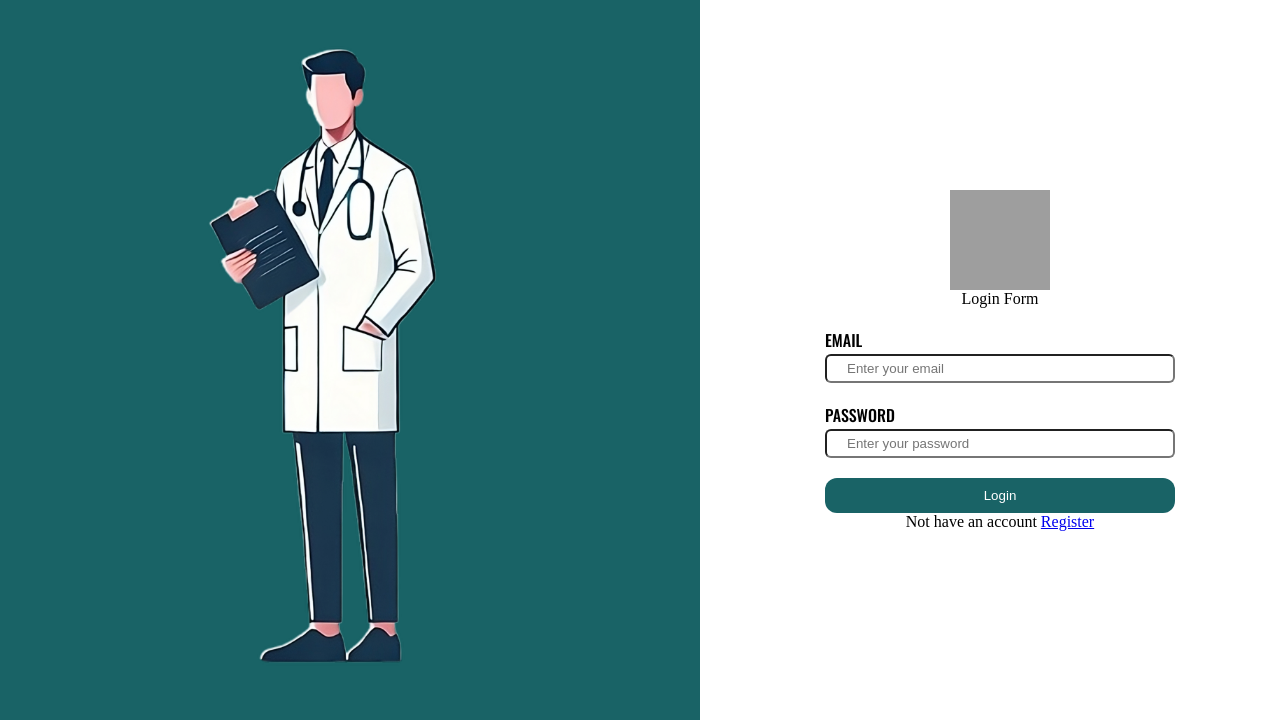
Repository: AriaFantom/Minor-Project
Page: http://localhost/Project/login.jsp
These files come from the project's save history. The page is drawn as it stood at one moment and after a run of saves; the edit follows.
The browser window is 1280 px wide. The pictures show the whole page.
Pictures or frames that could not be fetched are drawn as grey boxes. Some web fonts or font styles are not loaded; a fallback is used. The page is served by Tomcat 10. Other server files are loaded and not shown.

Above is the page before, as saved 2025-01-14 19:02:52.

### Project/src/main/webapp/login.jsp
<%@ page language="java" contentType="text/html; charset=UTF-8"
    pageEncoding="UTF-8"%>
            <%@page import="java.sql.*" %>

<!DOCTYPE html>
<html lang="en">
<head>
    <meta charset="UTF-8">
    <title>Title</title>
    <link rel="stylesheet" href="css/register.css">
</head>
<body>
<main>
    <div class="aside-form">
        <img src="assets/form-side-vector.png" alt="vector">
    </div>
    <div class="form-section">
     <%
            String success = request.getParameter("success");
            if ("true".equalsIgnoreCase(success)) {
        %>
                <div class="alert alert-success">
                    Registration successfully.
                </div>
        <%
            }
        %>
        <%
            String error = request.getParameter("error");
            if ("true".equalsIgnoreCase(error)) {
        %>
                <div class="alert alert-danger">
                    Account Not Found
                </div>
        <%
            }
        %>
        <img src="assets/icons/logo.png" alt="logo">
        <p>Login Form</p>
        <form  method="post" action="LoginServlet">
            <label for="email">Email</label>
            <input type="email" id="email" name="email" placeholder="Enter your email">
            <label for="password">Password</label>
            <input type="password" id="password" name="password" placeholder="Enter your password">
            <button>Login</button>
        </form>
        <p>Not have an account <a href="<%=request.getContextPath()%>/index.jsp" class="back-button"> Register</a></p>
    </div>
</main>
</body>
</html>

### Project/src/main/webapp/css/register.css
@charset "UTF-8";

@import url('https://fonts.googleapis.com/css2?family=Oswald:wght@200..700&display=swap');
@import url('https://fonts.googleapis.com/css2?family=Open+Sans:ital,wght@0,300..800;1,300..800&display=swap');
@import url('https://fonts.googleapis.com/css2?family=DM+Serif+Text:ital@0;1&family=PT+Sans:ital,wght@0,400;0,700;1,400;1,700&display=swap');
* {
    box-sizing: border-box;
    margin: 0;
    padding: 0;
}

body {
    margin: 0;
    padding: 0;

}

main {
    display: grid;
    grid-template-columns: 1fr 1fr;
    gap: 20px;
    justify-content: center;
    align-items: center;
    height: 100vh;
}

.form-footer {
	font-family: 'DM Serif Text', sans-serif;
    margin: 8px 0;
}

main img {
    width: 100px;
    height: 100px;
}
.form-section {
    display: flex;
    flex-direction: column;
    justify-content: center;
    align-items: center;
    width: 100%;
}

.form-heading {
    font-family: 'Oswald', sans-serif;
    font-size: 2rem;
    margin-bottom: 20px;
    text-transform: uppercase;
}

form {
    display: flex;
    flex-direction: column;
    justify-content: center;
    width: 350px;
}

form label {
    font-family: 'Oswald', sans-serif;
    margin-top: 20px;
    margin-bottom: 2px;
    font-weight: 500;
    text-transform: uppercase;
}
form input {
    font-family: 'DM Serif Text', sans-serif;
    padding: 5px 20px;
    border-radius: 6px;
}

form button {
    font-family: 'DM Serif Text', sans-serif;
    margin-top: 20px;
    padding: 10px;
    background-color: #196366;
    color: #fff;
    border: none;
    cursor: pointer;
    border-radius: 12px;
}

.aside-form {
    background: #196366;
    height: 100%;
    width: 100%;
    display: flex;
    align-items: center;
    justify-content: center;
}

.aside-form img {
    width: 700px;
    height: 700px;
}
.alert {
            padding: 15px;
            margin: 20px auto;
            border-radius: 4px;
            width: 95%;
            font-size: 16px;
            text-align: center;
}
.alert-success {
            color: #155724;
            background-color: #d4edda;
            border: 1px solid #c3e6cb;
}
.alert-danger {
            color: #721c24;
            background-color: #f8d7da;
            border: 1px solid #f5c6cb;
 }
.errordiv {
	display: flex;
	flex-direction: column;
	align-items:center;
	justify-content:center;
	background-color: #96c2c2;
	height: 100vh;
	width: 100%;
	font-family: "Poppins", sans-serif;
}

.errordiv h1 {
	text-transform: uppercase;
}

After the next 2 saves:
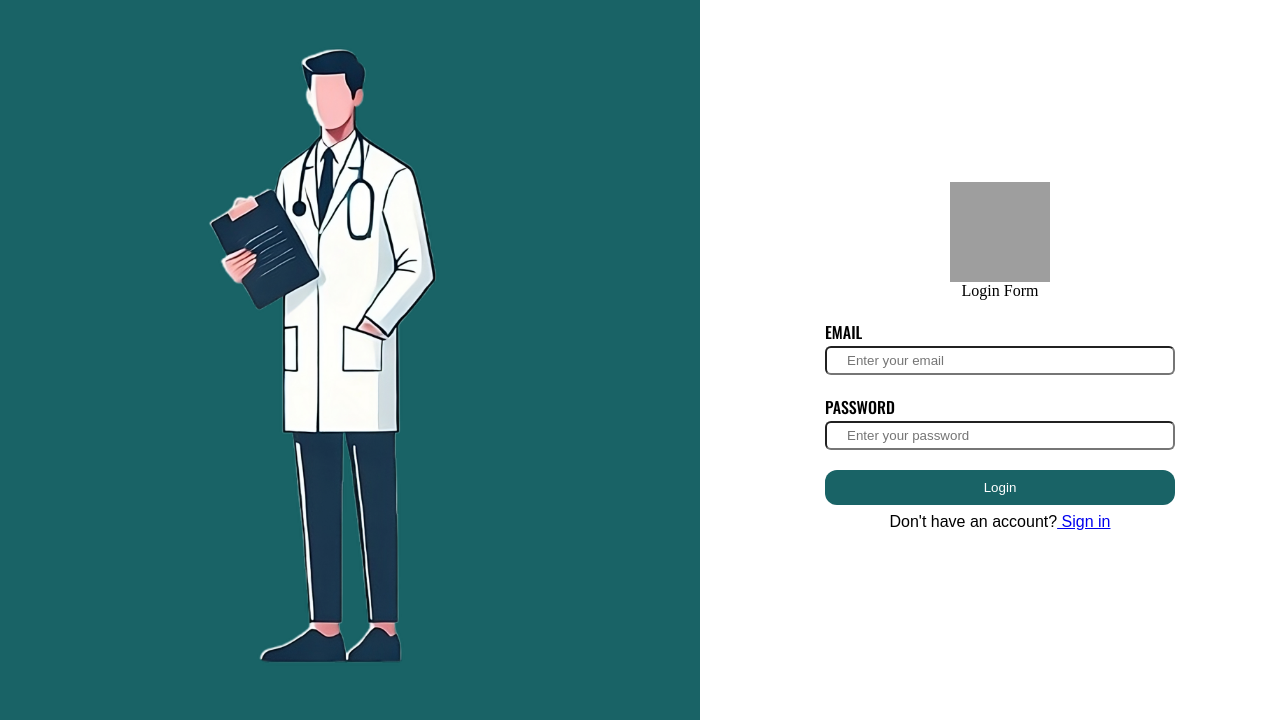
The 2 saves are shown as one change because they came seconds apart.
The last was saved 2 min 21 s later.
--- a/Project/src/main/webapp/login.jsp
+++ b/Project/src/main/webapp/login.jsp
@@ -44,7 +44,7 @@
             <input type="password" id="password" name="password" placeholder="Enter your password">
             <button>Login</button>
         </form>
-        <p>Not have an account <a href="<%=request.getContextPath()%>/index.jsp" class="back-button"> Register</a></p>
+        <p class="form-footer">Don't have an account?<a href="login.jsp"> Sign in </a></p>
     </div>
 </main>
 </body>
